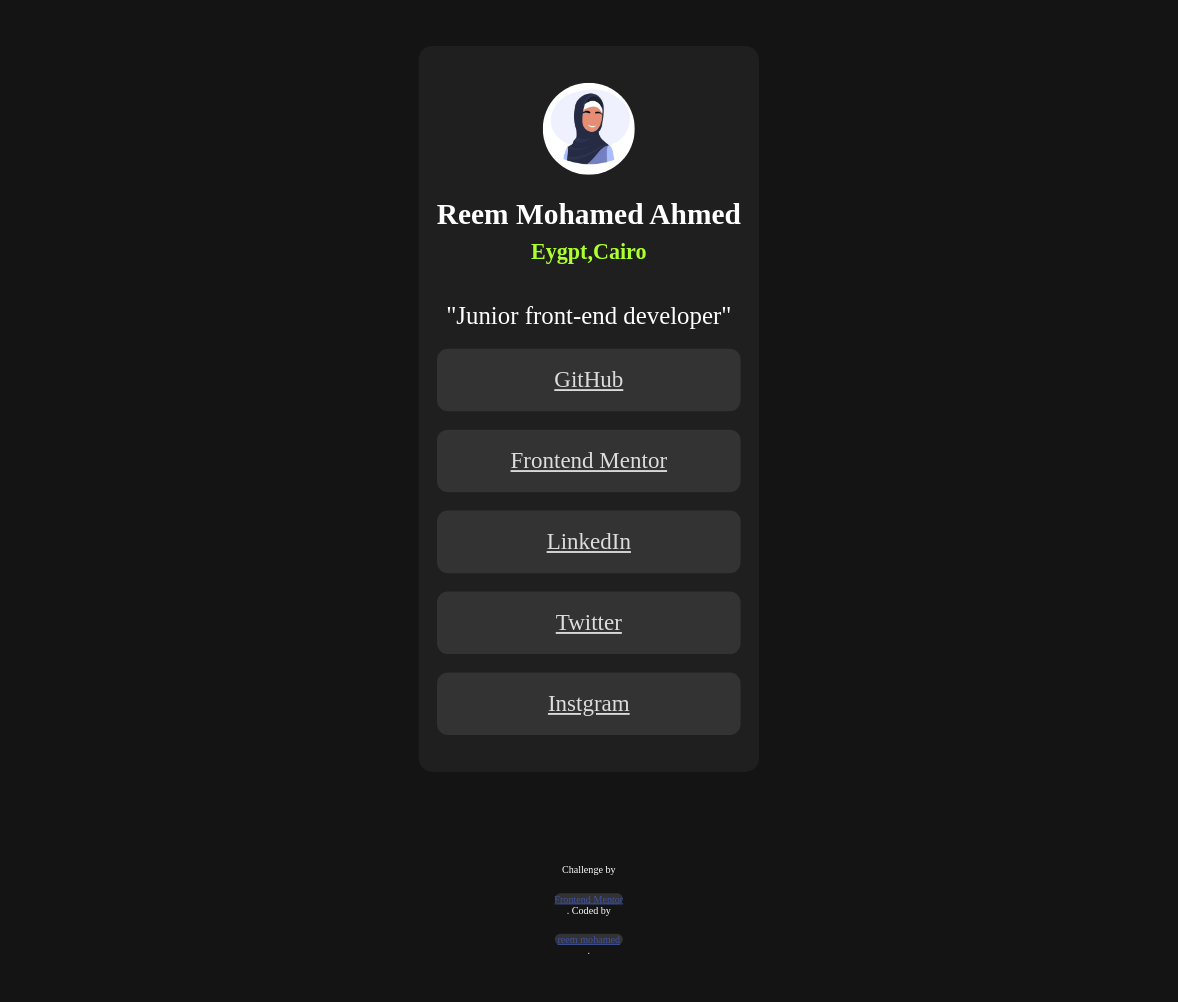
Repository: reemoon-ctrl/social_links_profile_main
Page: index.html
An editor plug-in stored every save of this project. The page is shown before and after the next save, followed by the edit.
The browser window is 1280 px wide. The pictures show the whole page, at 92% of full size.

Above is the page before, as saved 2024-07-23 11:04:56.

After the next save:
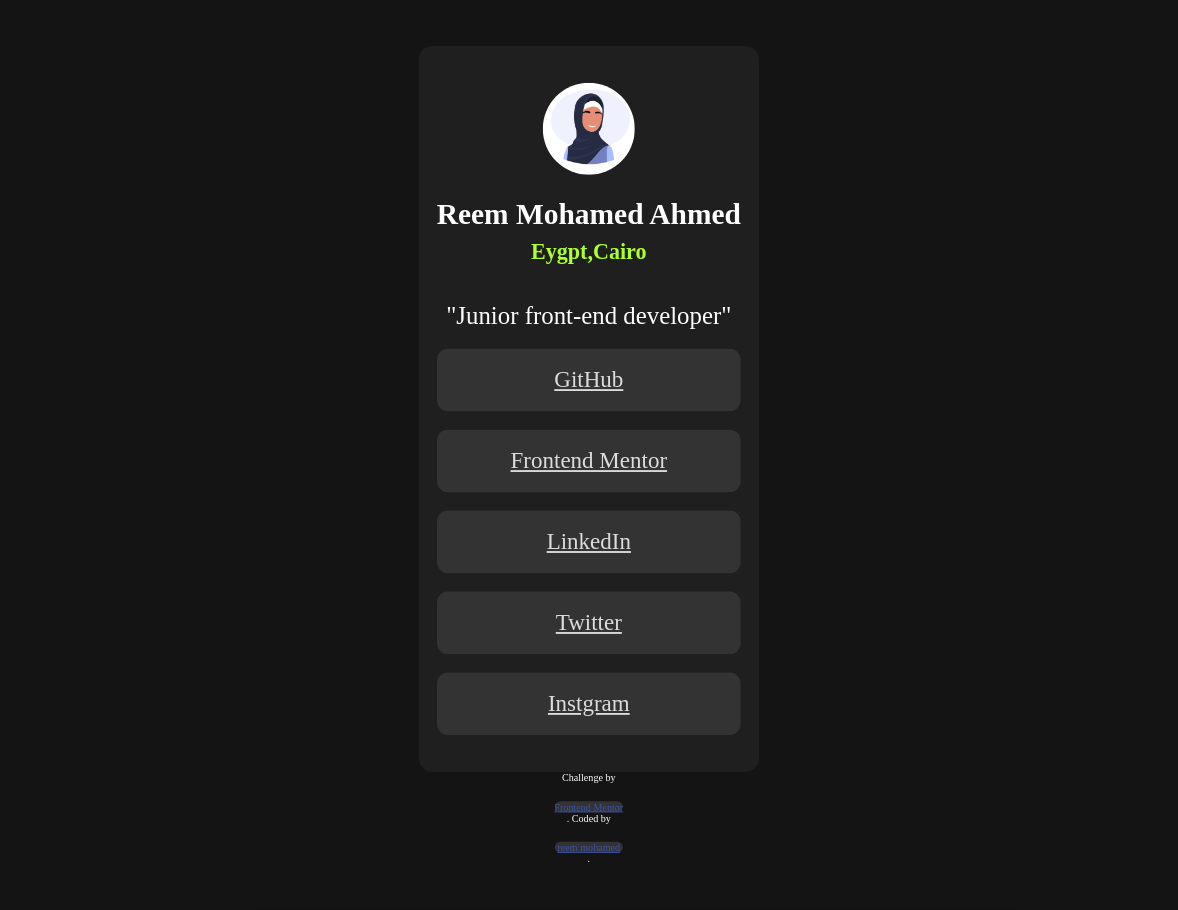
Saved 13 s later.
--- a/index.css
+++ b/index.css
@@ -23,7 +23,7 @@ body{
     justify-content: center;
     text-align: center;
     background:hsl(0, 0%, 8%);
-    gap: 100px;
+
 }
 .container{
     height:max-content;
